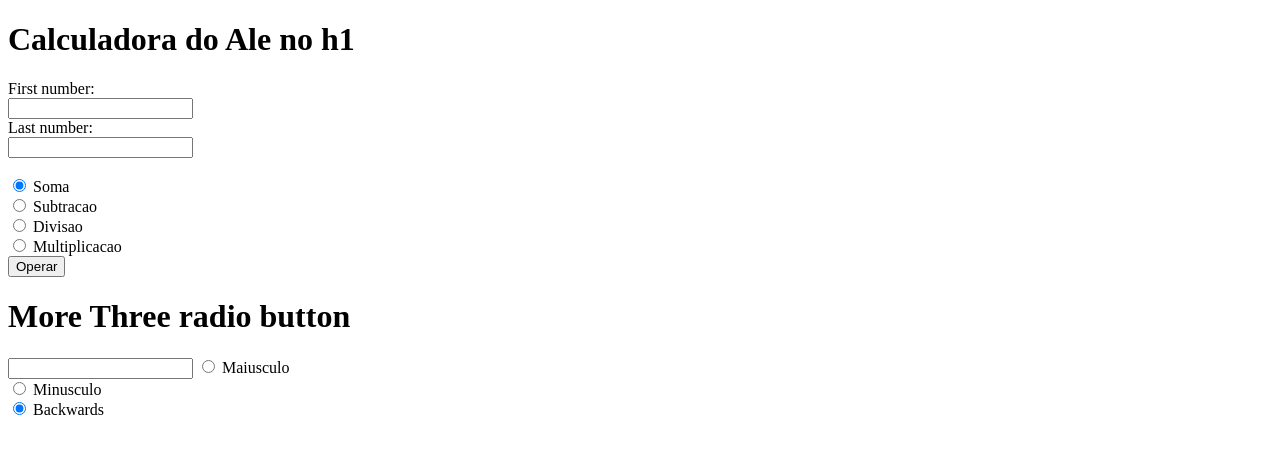
Repository: Alexandre-engelmann/git_lucas_mentory
Page: http://localhost/Calculadora/
An editor plug-in stored every save of this project. The page is shown before and after the next save, followed by the edit.
The browser window is 1280 px wide. The pictures show the whole page.
The page is served by Tomcat 9.

Above is the page before, as saved 2019-12-20 12:25:28.

After the next save:
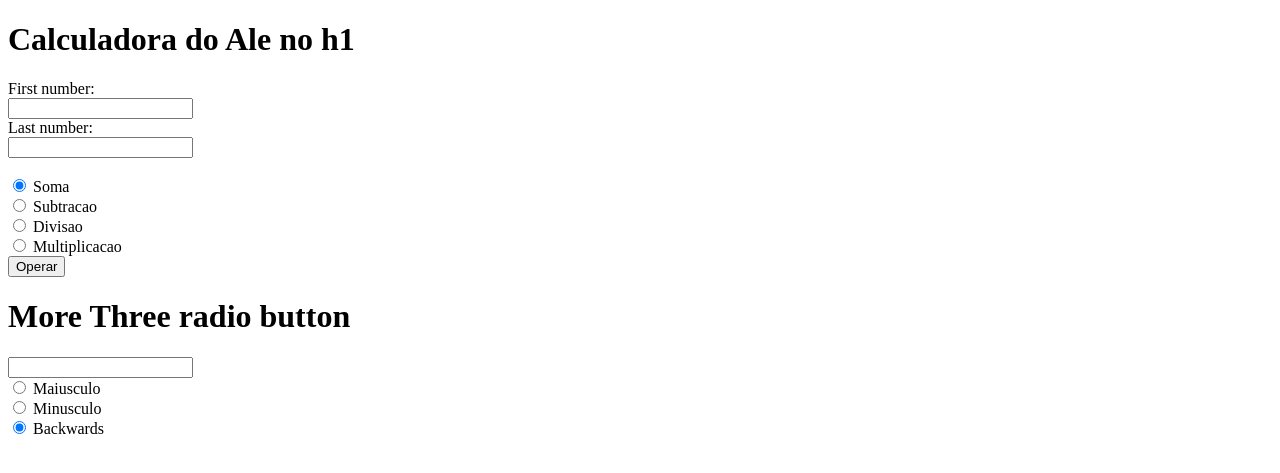
Saved 21 s later.
--- a/Calculadora/WebContent/index.jsp
+++ b/Calculadora/WebContent/index.jsp
@@ -27,7 +27,7 @@
 
 <h1>More Three radio button</h1>
 <form action="String operation">
- <input type="text" name="firstnumber" value="">
+ <input type="text" name="firstnumber" value=""> <br>
 <input type="radio" name="Operacao" value="soma" checked> Maiusculo<br>
 <input type="radio" name="Operacao" value="soma" checked> Minusculo<br>
 <input type="radio" name="Operacao" value="soma" checked> Backwards<br>
